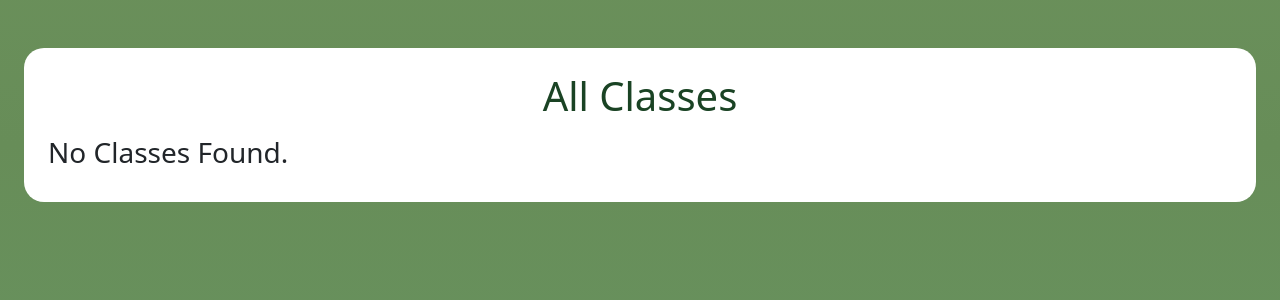
Repository: ronetteguevara/CalTech-ZumbaApp
Page: http://localhost/ZumbaApp/ViewClasses.jsp
The author's editor kept a copy of each file at every save. The page is drawn from the files as they stood at one save, then again after the next save.
The browser window is 1280 px wide. The pictures show the whole page.
The page is served by Tomcat 10. Other server files are loaded and not shown. Queries for data that is not in the repository find no rows.

Above is the page before, as saved 2024-05-03 02:03:20.

### ZumbaApp/ZumbaApp/src/main/webapp/ViewClasses.jsp
<%@ page contentType="text/html;charset=UTF-8" language="java" %>
<%@ page import="java.util.ArrayList, com.zumbaapp.servlet.db.DB, com.zumbaapp.servlet.model.Classes" %>
<html>
<head>
    <title>All Classes</title>
<link rel="stylesheet" href="css/bootstrap.css"></link>
<link rel="stylesheet" href="style.css"></link>
</head>
<body class="gradient-background justify-content-center">

        <div class="my-4 d-flex justify-content-center col-xl-12 col-lg-12 col-md-12 col-sm-12 col-12">
        <div class="container-fluid my-4 mx-4 px-4 py-4 justify-content-center" style="background-color: white; border-radius: 20px;">
        <h1 class="mb-3" style="text-align: center;">All Classes</h1>

        <%
            DB db = new DB();
            ArrayList<Classes> zumbaClasses = db.fetchAllClasses();
            db.closeConnection();

            if (zumbaClasses != null && zumbaClasses.size() > 0) {
                out.print("<table class='table table-hover'>");
                out.print("<thead>");
                out.print("<tr>");
                out.print("<th scope='col'>ID</th>");
                out.print("<th scope='col'>Name</th>");
                out.print("<th scope='col'>Session</th>");
                out.print("<th scope='col'>Date</th>");
                out.print("<th scope='col'>Start Time</th>");
                out.print("<th scope='col'>End Time</th>");
                out.print("<th scope='col'>Location</th>");
                out.print("<th scope='col'>Actions</th>");
                out.print("</tr>");
                out.print("</thead>");
                out.print("<tbody>");


                for (Classes classes : zumbaClasses) {
                    out.print("<tr>");
                    out.print("<td>" + classes.id + "</td>");
                    out.print("<td>" + classes.name + "</td>");
                    out.print("<td>" + classes.session + "</td>");
                    out.print("<td>" + classes.date + "</td>");
                    out.print("<td>" + classes.startTime + "</td>");
                    out.print("<td>" + classes.endTime + "</td>");
                    out.print("<td>" + classes.location + "</td>");
                    out.print("<td><a href='DeleteClasses?id=" + classes.id + "'>Delete</a> | <a href='EditClass.jsp?id=" + classes.id + "'>Edit</a></td>");
                    out.print("</tr>");
                }
                out.print("</tbody>");
                out.print("</table>");
            } else {
                out.print("<h3>No Classes Found.</h3>");
            }

            out.print("</div>");
            out.print("</div>");
        %>

</body>
</html>

### ZumbaApp/ZumbaApp/src/main/java/com/zumbaapp/servlet/db/DB.java
package com.zumbaapp.servlet.db;

import java.sql.Connection;
import java.sql.DriverManager;
import java.sql.PreparedStatement;
import java.sql.ResultSet;
import java.util.ArrayList;

import com.zumbaapp.servlet.model.Classes;
import com.zumbaapp.servlet.model.Participant;

public class DB {

		Connection connection;
		PreparedStatement preparedStatement;

		public DB() {
			try {
				Class.forName("com.mysql.cj.jdbc.Driver");
				System.out.println("[DB] Driver Loaded");

				connection = DriverManager.getConnection("jdbc:mysql://127.0.0.1:3306/zumba_management", "root", "201155876");
				System.out.println("[DB] Connection created");
			}
			catch(Exception e) {
				System.out.println("Something went wrong: " + e);
			}
		}

		public void closeConnection() {
			try {
				connection.close();
				System.out.println("[DB] Connection to DB closed");
			}
			catch(Exception e) {
				System.out.println("Something went wrong: " + e);
			}
		}

		public int addClasses(Classes classes) {
			int result = 0;

			try {
			String sql = "INSERT INTO Classes VALUES (null, ?, ?, ?, ?, ?, ?)";
			preparedStatement = connection.prepareStatement(sql);
			preparedStatement.setString(1, classes.name);
			preparedStatement.setString(2, classes.session);
			preparedStatement.setString(3, classes.date);
			preparedStatement.setString(4, classes.startTime);
			preparedStatement.setString(5, classes.endTime);
			preparedStatement.setString(6, classes.location);

			result = preparedStatement.executeUpdate();

			}
			catch(Exception e) {
				System.out.println("Something went wrong: " + e);
			}
			return result;
		}

		public int addParticipant(Participant participant) {
			int result = 0;

			try {
			String sql = "INSERT INTO Participant VALUES (null, ?, ?, ?, ?, ?)";
			preparedStatement = connection.prepareStatement(sql);
			preparedStatement.setString(1, participant.firstName);
			preparedStatement.setString(2, participant.lastName);
			preparedStatement.setString(3, participant.email);
			preparedStatement.setString(4, participant.phone);
			preparedStatement.setString(5, participant.zumbaClass);

			result = preparedStatement.executeUpdate();

			}
			catch(Exception e) {
				System.out.println("Something went wrong: " + e);
			}
			return result;
		}

		public ArrayList<Classes> fetchAllClasses() {
			ArrayList<Classes> zumbaClasses = new ArrayList<>();
			try {
				String sql = "SELECT * FROM Classes";
				preparedStatement = connection.prepareStatement(sql);

				ResultSet set = preparedStatement.executeQuery();

				while(set.next()) {
					Classes classes = new Classes();
					classes.id = set.getInt(1);
					classes.name = set.getString(2);
					classes.session = set.getString(3);
					classes.date = set.getString(4);
					classes.startTime = set.getString(5);
					classes.endTime = set.getString(6);
					classes.location = set.getString(7);

					zumbaClasses.add(classes);

				}
			}
			catch(Exception e) {
				System.out.println("Something went wrong: " + e);

			}
			return zumbaClasses;
		}

		public ArrayList<Participant> fetchAllParticipants() {
			ArrayList<Participant> zumbaParticipants = new ArrayList<>();
			try {
				String sql = "SELECT * FROM Participant";
				preparedStatement = connection.prepareStatement(sql);

				ResultSet set = preparedStatement.executeQuery();

				while(set.next()) {
					Participant participant = new Participant();
					participant.id = set.getInt(1);
					participant.firstName = set.getString(2);
					participant.lastName = set.getString(3);
					participant.email = set.getString(4);
					participant.phone = set.getString(5);
					participant.zumbaClass = set.getString(6);

					zumbaParticipants.add(participant);
				}
			}
			catch(Exception e) {
				System.out.println("Something went wrong: " + e);

			}
			return zumbaParticipants;
		}

		public int deleteClasses(int id) {
			int result = 0;
			try {
				String sql = "DELETE FROM Classes WHERE id=?";
				preparedStatement = connection.prepareStatement(sql);
				preparedStatement.setInt(1, id);

				preparedStatement.executeUpdate();

				result = preparedStatement.executeUpdate();

			}
			catch(Exception e) {
				System.out.println("Something went wrong: " + e);
			}
			return result;
	}

		public int deleteParticipant(int id) {
			int result = 0;
			try {
				String sql = "DELETE FROM Participant WHERE id=?";
				preparedStatement = connection.prepareStatement(sql);
				preparedStatement.setInt(1, id);

				preparedStatement.executeUpdate();

				result = preparedStatement.executeUpdate();

			}
			catch(Exception e) {
				System.out.println("Something went wrong: " + e);
			}
			return result;
	}

		public Classes fetchClass(int id) {

			Classes classes = new Classes();

			try {
				String sql = "SELECT * FROM Classes WHERE id=?";
				preparedStatement = connection.prepareStatement(sql);
				preparedStatement.setInt(1, id);

				ResultSet set = preparedStatement.executeQuery();

				while(set.next()) {
					classes.id = set.getInt(1);
					classes.name = set.getString(2);
					classes.session = set.getString(3);
					classes.date = set.getString(4);
					classes.startTime = set.getString(5);
					classes.endTime = set.getString(6);
					classes.location = set.getString(7);
				}
			}
			catch(Exception e) {
				System.out.println("Something went wrong: " + e);

			}
			return classes;
		}

		public Participant fetchParticipant(int id) {
			Participant participant = new Participant();
			try {
				String sql = "SELECT * FROM Participant WHERE id=?";
				preparedStatement = connection.prepareStatement(sql);
				preparedStatement.setInt(1, id);

				ResultSet set = preparedStatement.executeQuery();

				while(set.next()) {
					participant.id = set.getInt(1);
					participant.firstName = set.getString(2);
					participant.lastName = set.getString(3);
					participant.email = set.getString(4);
					participant.phone = set.getString(5);
					participant.zumbaClass = set.getString(6);
				}
			}
			catch(Exception e) {
				System.out.println("Something went wrong: " + e);

			}
			return participant;
		}

		public int saveClasses (Classes classes) {
			int result = 0;

			try {
				String sql = "UPDATE Classes SET name = ?, session = ?, date = ?, startTime = ?, endTime = ?, location = ? WHERE id=?";
				preparedStatement = connection.prepareStatement(sql);
				preparedStatement.setString(1, classes.name);
				preparedStatement.setString(2, classes.session);
				preparedStatement.setString(3, classes.date);
				preparedStatement.setString(4, classes.startTime);
				preparedStatement.setString(5, classes.endTime);
				preparedStatement.setString(6, classes.location);
				preparedStatement.setInt(7, classes.id);

				result = preparedStatement.executeUpdate();

			}
			catch(Exception e) {
				System.out.println("Something went wrong: " + e);
			}

			return result;
		}

		public int saveParticipant (Participant participant) {
			int result = 0;

			try {
				String sql = "UPDATE Participant SET firstName = ?, lastName = ?, email = ?, phone = ?, zumbaClass = ? WHERE id=?";
				preparedStatement = connection.prepareStatement(sql);
				preparedStatement.setString(1, participant.firstName);
				preparedStatement.setString(2, participant.lastName);
				preparedStatement.setString(3, participant.email);
				preparedStatement.setString(4, participant.phone);
				preparedStatement.setString(5, participant.zumbaClass);
				preparedStatement.setInt(6, participant.id);

				result = preparedStatement.executeUpdate();

			}
			catch(Exception e) {
				System.out.println("Something went wrong: " + e);
			}

			return result;
		}

}

### ZumbaApp/ZumbaApp/src/main/webapp/style.css
@charset "UTF-8";

.button {
  background-color: #458933;
  border: none;
}

.button:hover {
  background-color: #82c360;
}

a {
  color: #458933;
}

a:hover {
 color: #82c360;
}

a:visited {
  color: #1a4324;
}

h1 {
	color: #1a4324;
}

footer {
	background-color: white;
}

.gradient-background {
  background: linear-gradient(0deg, #74d3ae, #678d58, #a6c48a);
  background-size: 1000% 1000%;

  -webkit-animation: AnimationName 8s ease infinite;
  -moz-animation: AnimationName 8s ease infinite;
  animation: AnimationName 8s ease infinite;
}

@-webkit-keyframes AnimationName {
  0%{background-position:0% 35%}
  50%{background-position:100% 66%}
  100%{background-position:0% 35%}
}
@-moz-keyframes AnimationName {
  0%{background-position:0% 35%}
  50%{background-position:100% 66%}
  100%{background-position:0% 35%}
}
@keyframes AnimationName {
  0%{background-position:0% 35%}
  50%{background-position:100% 66%}
  100%{background-position:0% 35%}

}

Loaded but not shown: ZumbaApp/ZumbaApp/src/main/webapp/css/bootstrap.css (library)

After the next save:
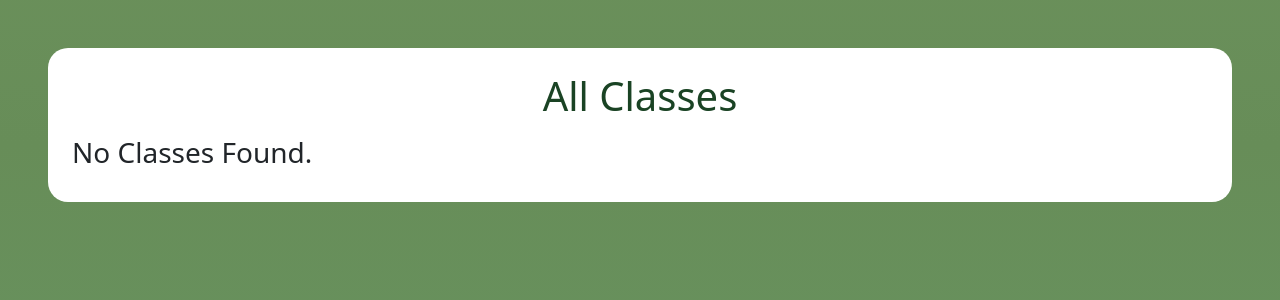
Saved 21 s later.
--- a/ZumbaApp/ZumbaApp/src/main/webapp/ViewClasses.jsp
+++ b/ZumbaApp/ZumbaApp/src/main/webapp/ViewClasses.jsp
@@ -9,7 +9,7 @@
 <body class="gradient-background justify-content-center">
 
         <div class="my-4 d-flex justify-content-center col-xl-12 col-lg-12 col-md-12 col-sm-12 col-12">
-        <div class="container-fluid my-4 mx-4 px-4 py-4 justify-content-center" style="background-color: white; border-radius: 20px;">
+        <div class="container-fluid my-4 mx-5 px-4 py-4 justify-content-center" style="background-color: white; border-radius: 20px;">
         <h1 class="mb-3" style="text-align: center;">All Classes</h1>
 
         <%
